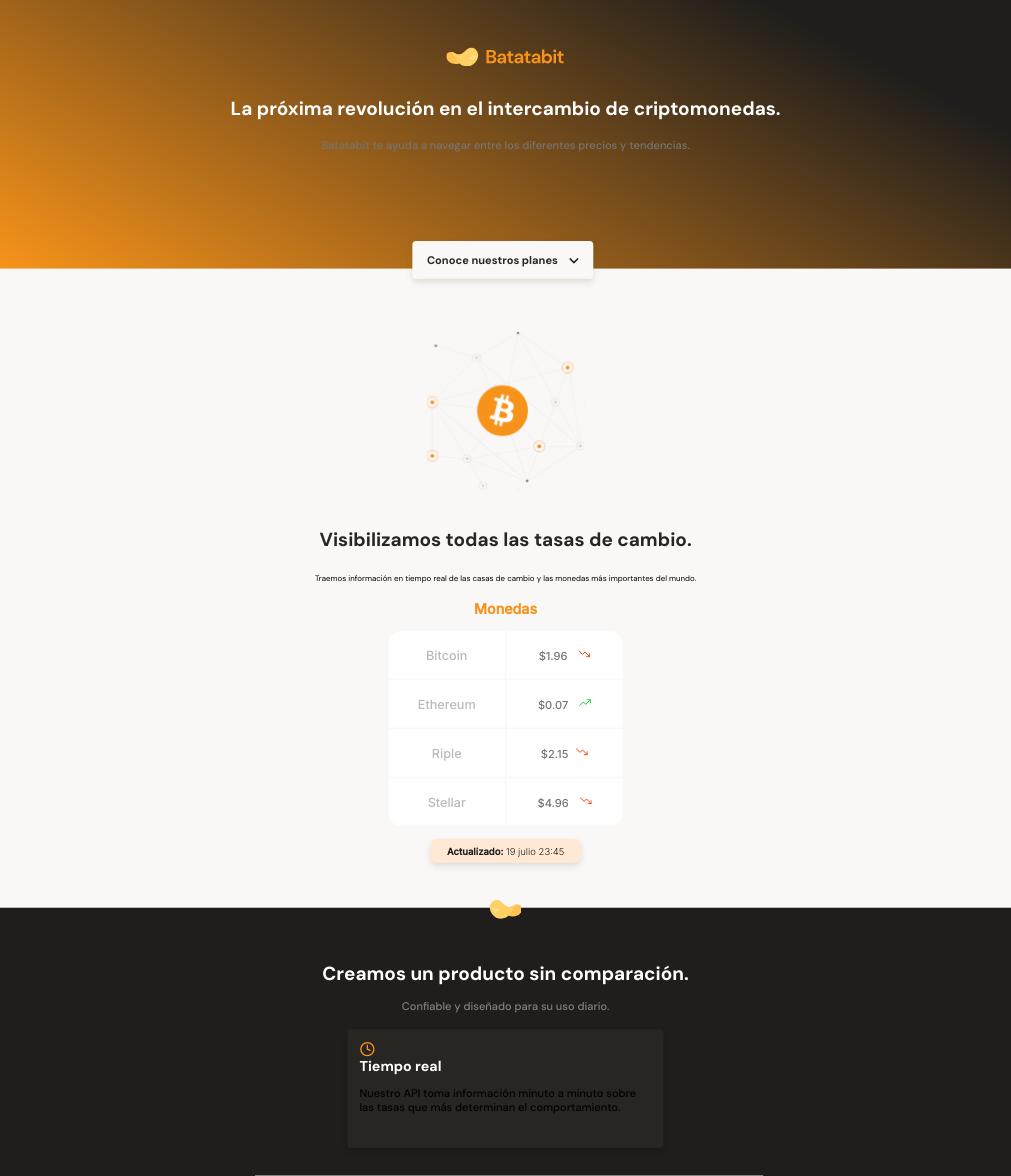
Repository: elto82/mobileFirst
Page: index.html
An editor plug-in stored every save of this project. The page is shown before and after the next save, followed by the edit.
The browser window is 1280 px wide. The pictures show the whole page, at 79% of full size.
Some web fonts or font styles are not loaded; a fallback is used.

Above is the page before, as saved 2022-06-08 18:33:44.

After the next save:
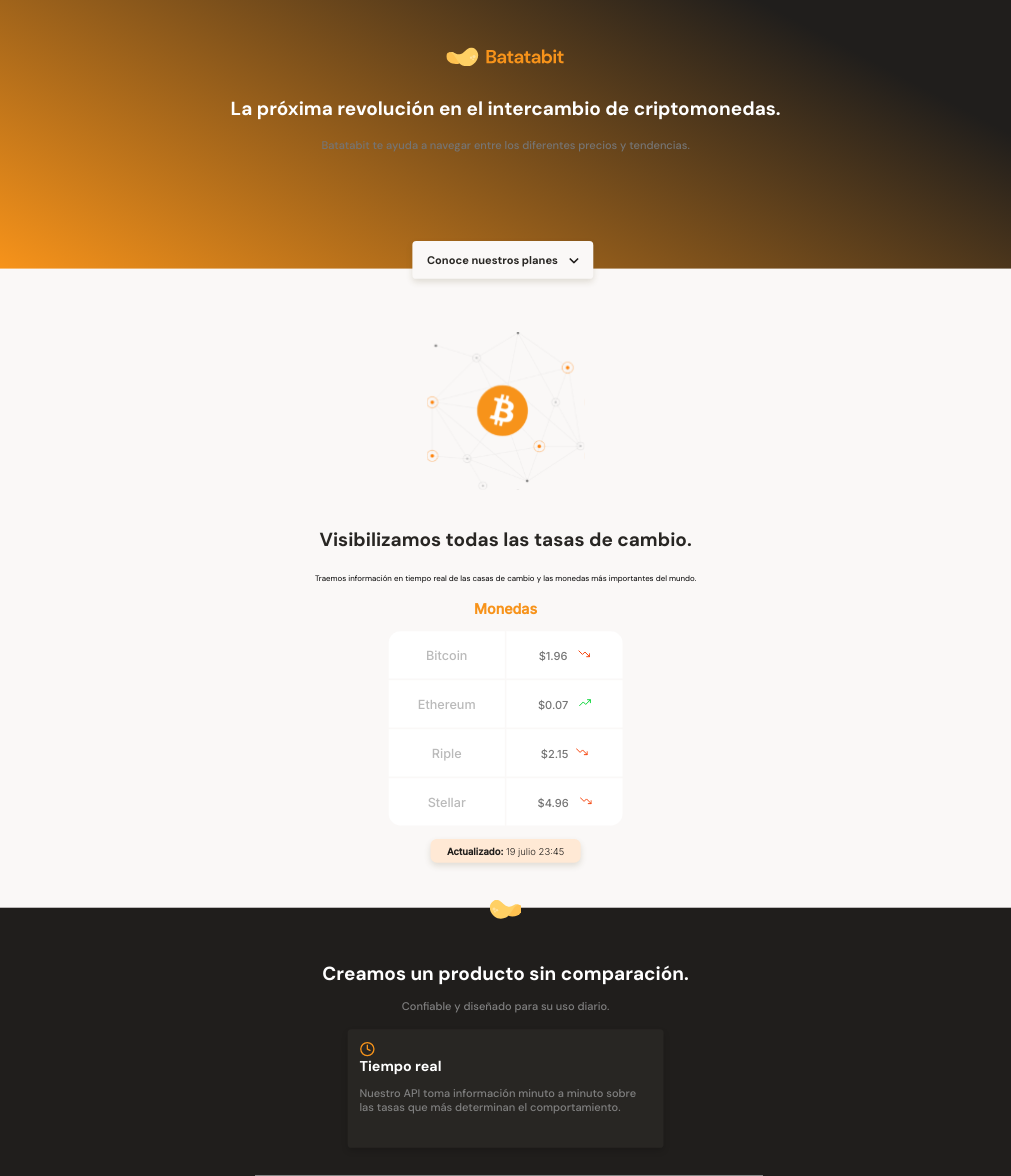
Saved 59 s later.
--- a/style.css
+++ b/style.css
@@ -291,5 +291,6 @@
 .product--card-body{
     font-size: 1.4rem;
     font-weight: 500;
-
-}
+    line-height: 1.8rem;
+    color: #808080;
+}
